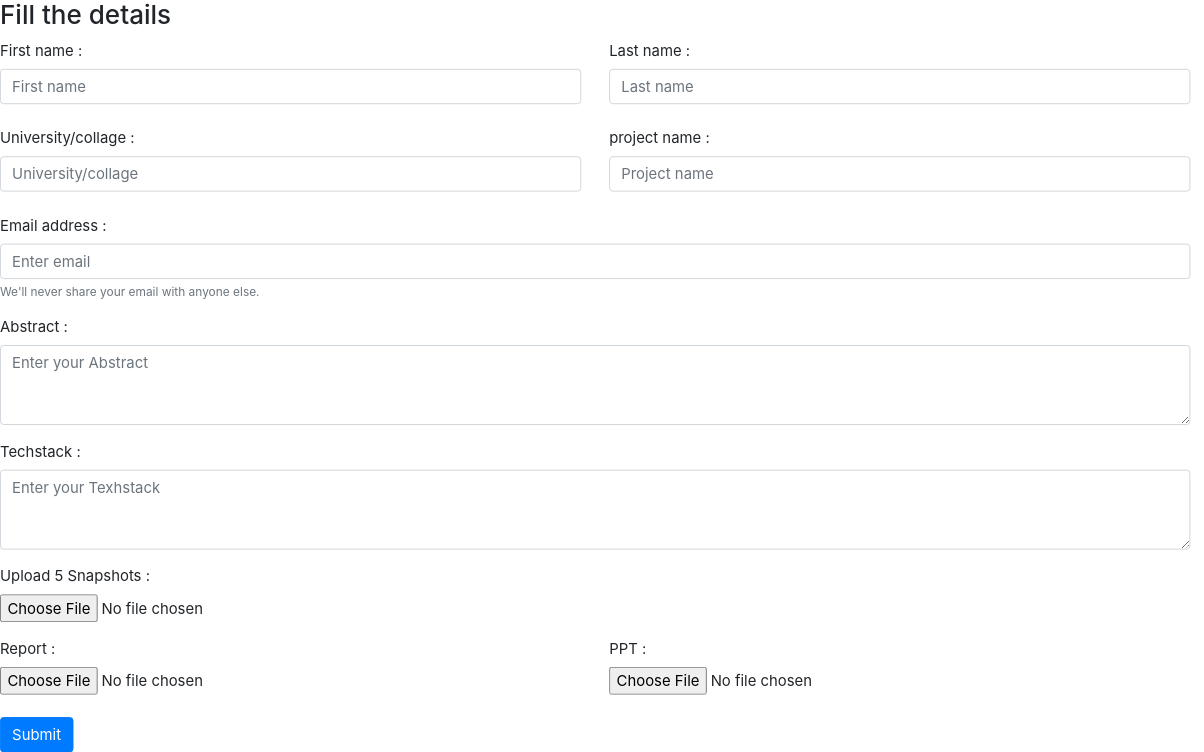
Repository: Sanskriti002/collaborate
Page: form.html
These files come from the project's save history. The page is drawn as it stood at one moment and after a run of saves; the edit follows.
The browser window is 1280 px wide. The page is 1295 px wide, then 1280 px, so the pictures cover 1295 px, including what lies to the right of the window. The pictures show the whole page, at 93% of full size.

Above is the page before, as saved 2023-09-21 20:29:04.

After the next 4 saves:
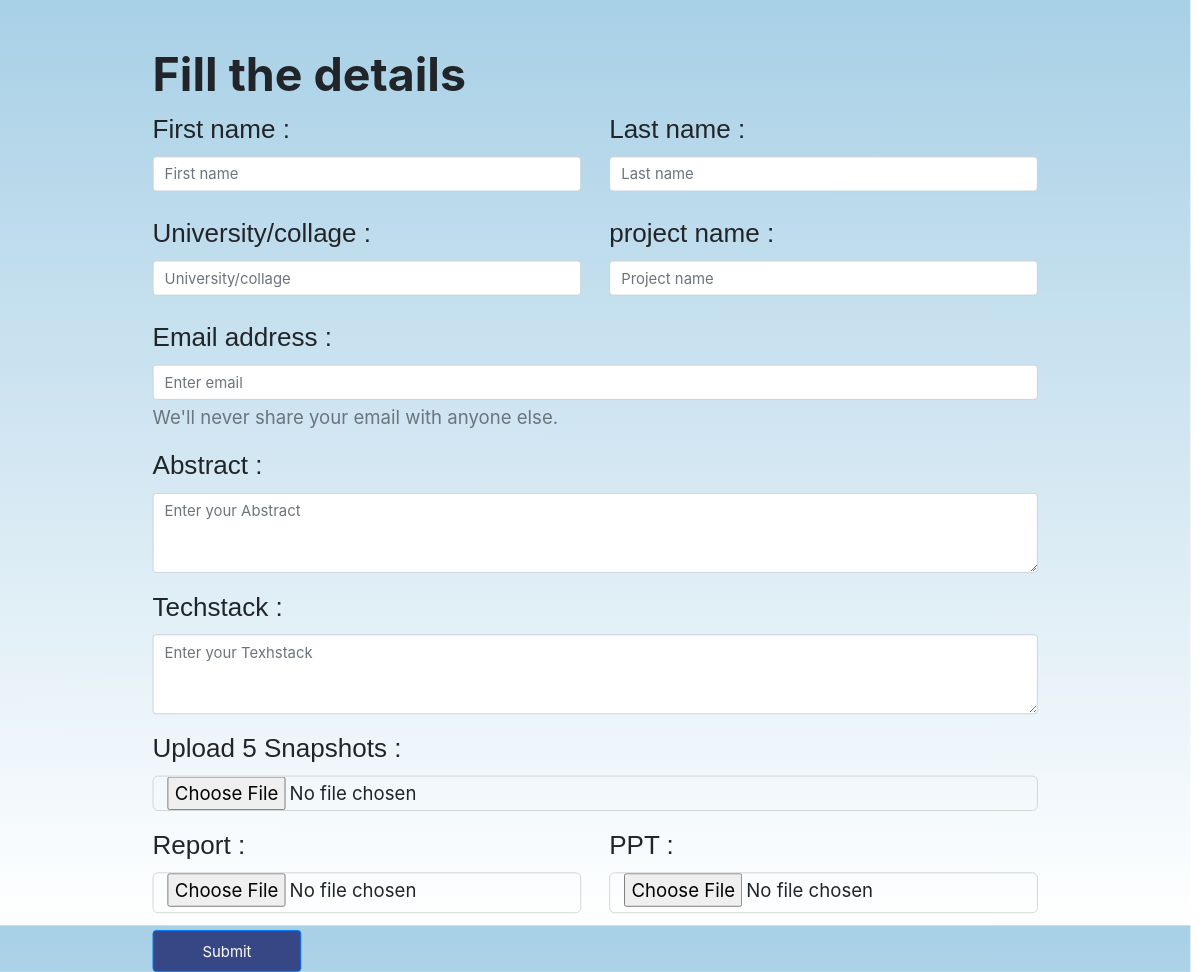
The 4 saves are shown as one change because they came seconds apart.
The last was saved 12 s later.
--- a/form.css
+++ b/form.css
@@ -1,5 +1,5 @@
 body{
-    background-image:linear-gradient(#a8
+    background-image:linear-gradient(#a8d0e6,white);
     padding:0;
      justify-content: center;
     align-items: center;
